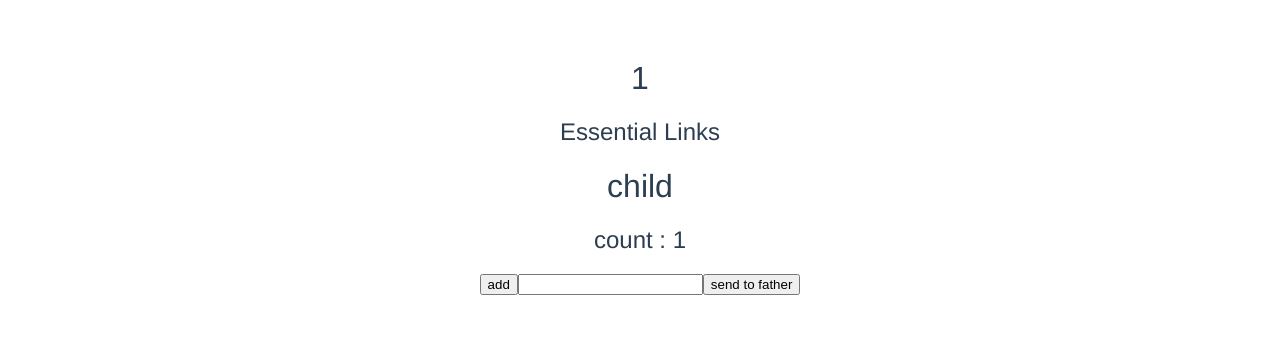
Repository: NotTooTwo/vueRouter
Page: /#/
These files come from the project's save history. The page is drawn as it stood at one moment and after a run of saves; the edit follows.
The browser window is 1280 px wide. The pictures show the whole page.
The project was rebuilt for these pictures with package versions that can differ from the ones it lists, and the page was loaded fresh each time.

Above is the page before, as saved 2018-03-13 09:38:22.

### src/components/HelloWorld.vue
<template>
  <div class="hello">
    <h1>{{ childNum }}</h1>
    <h2>Essential Links</h2>
    <!-- 子组件给父组件传参：子组件内(add()函数)$emit触发父组件的预定义的触发函数 -->
    <Child :countNum=1 v-on:childCount="countChildNum"></Child>
  </div>
</template>

<script>
import Child from './child'
export default {
  name: 'HelloWorld',
  data () {
    return {
      msg: 'Welcome to Your Vue.js App',
      childNum:1
    }
  },
methods:{
  countChildNum(num){
      this.childNum = num;
  }
},
components:{
    Child
  }
}
</script>

<!-- Add "scoped" attribute to limit CSS to this component only -->
<style scoped>
h1, h2 {
  font-weight: normal;
}
ul {
  list-style-type: none;
  padding: 0;
}
li {
  display: inline-block;
  margin: 0 10px;
}
a {
  color: #42b983;
}
</style>

### src/components/child.vue
<template>
  <div class="child">
    <h1>child</h1>
    <h2>count : {{count}}</h2>
    <button @click='add'>add</button>
    <input type="text"><button>send to father</button>
  </div>
</template>

<script>
export default {
  name: 'child',
  data () {
    return {
      msg: 'Welcome to Your Vue.js App',
      count: 0,
    }
  },
  props:[
    'countNum'
  ],
  created(){
    this.count=this.countNum;
  },
  methods:{
    add(){
      ++this.count;
      this.$emit('childCount',this.count)
    }
  }
}
</script>

<!-- Add "scoped" attribute to limit CSS to this component only -->
<style scoped>
h1, h2 {
  font-weight: normal;
}
ul {
  list-style-type: none;
  padding: 0;
}
li {
  display: inline-block;
  margin: 0 10px;
}
a {
  color: #42b983;
}
</style>

Loaded but not shown: index.html (common file); src/main.js (common file); src/App.vue (common file); src/router/index.js (common file)

After the next 3 saves:
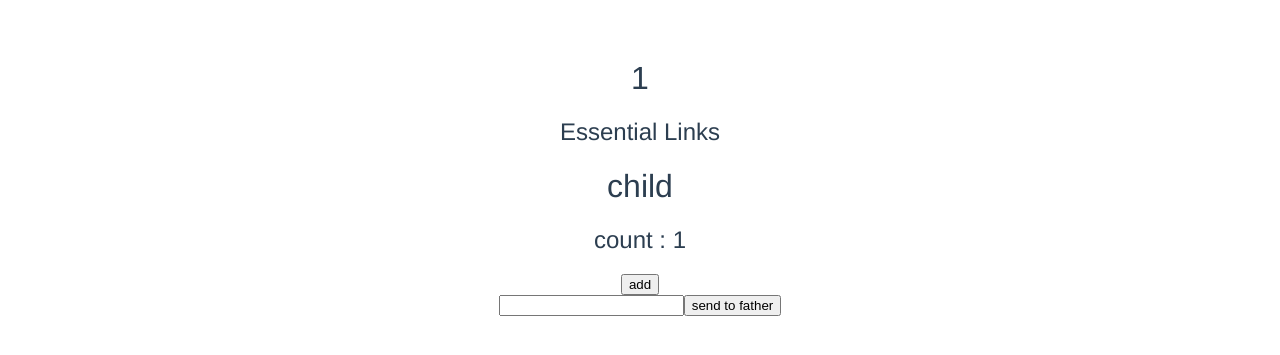
The 3 saves are shown as one change because they came seconds apart.
The last was saved 9 s later.
--- a/src/components/child.vue
+++ b/src/components/child.vue
@@ -3,7 +3,9 @@
     <h1>child</h1>
     <h2>count : {{count}}</h2>
     <button @click='add'>add</button>
-    <input type="text"><button>send to father</button>
+    <div>
+      <input type="text"><button>send to father</button>
+    </div>
   </div>
 </template>
 
